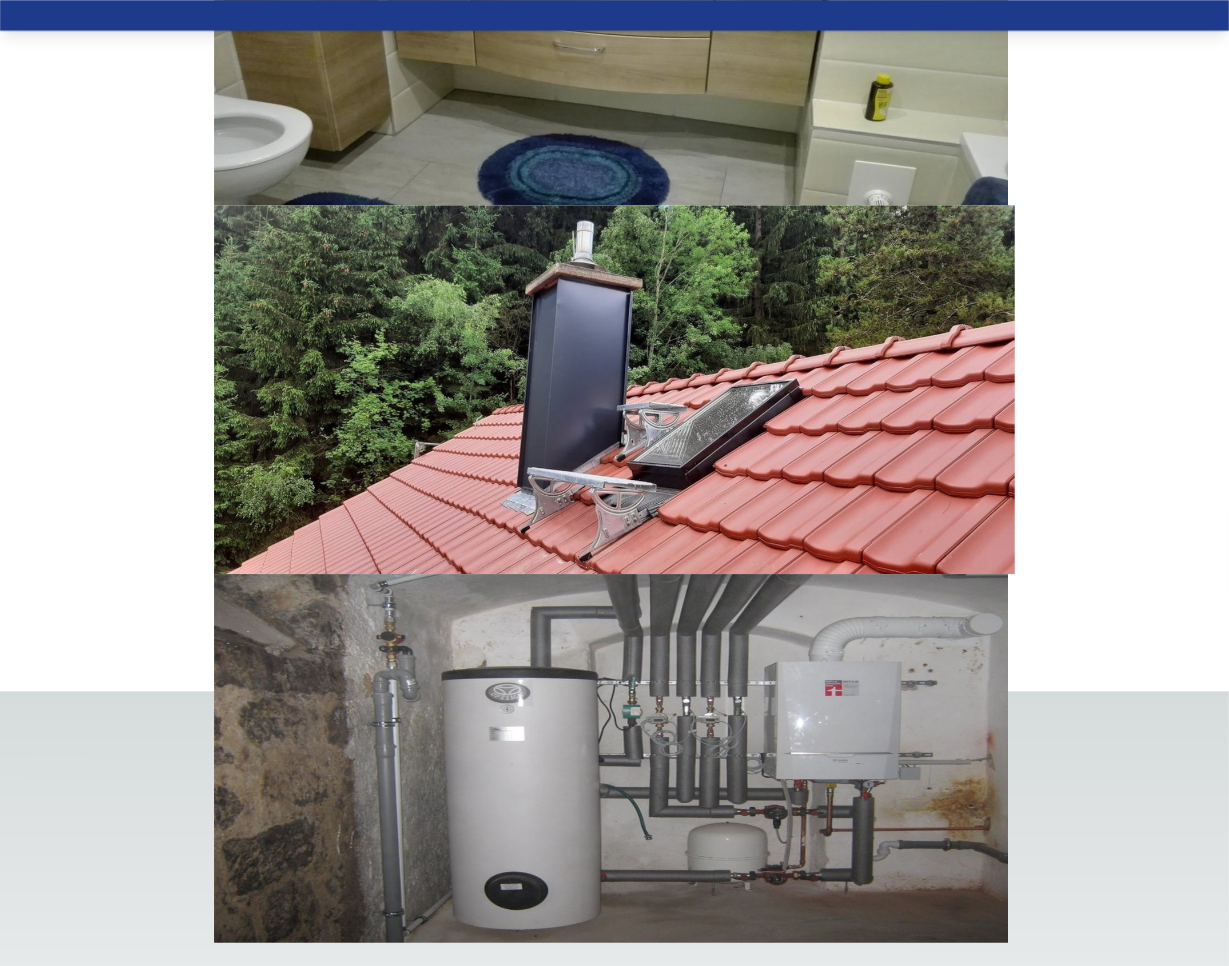
Repository: LorenMucha/firma-andreas-mucha
Page: /
The author's editor kept a copy of each file at every save. The page is drawn from the files as they stood at one save, then again after a run of saves.
The browser window is 1280 px wide. The pictures show the whole page, at 96% of full size.
The project was rebuilt for these pictures with package versions that can differ from the ones it lists, and the page was loaded fresh each time. The framework's server and built-in components were replaced by stand-ins that run in the browser. Also part of the build but not shown: next.config.mjs.

Above is the page before, as saved 2024-04-15 15:59:22.

After the next 3 saves:
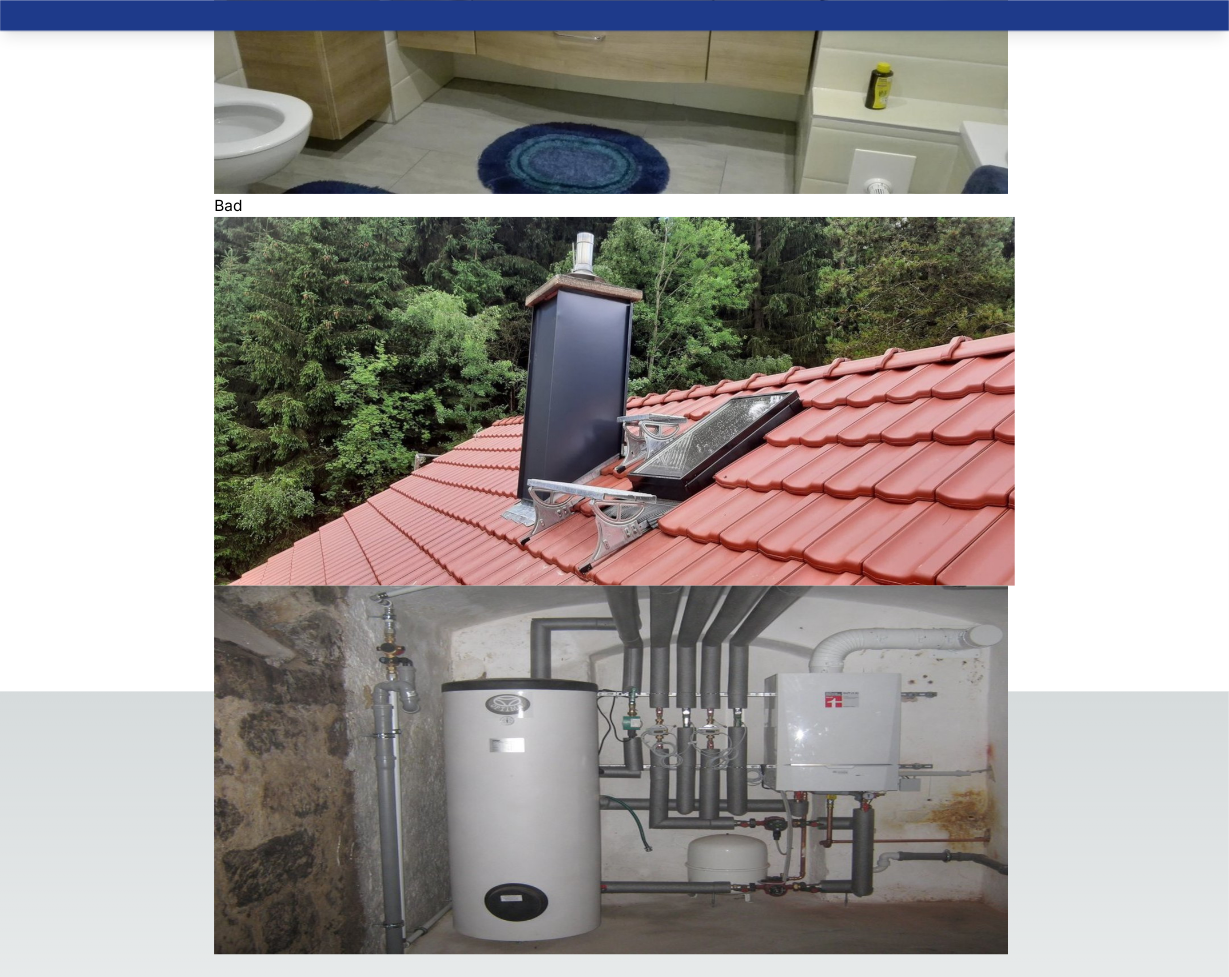
The 3 saves are shown as one change because they came seconds apart.
The last was saved 2 min 36 s later.
--- a/src/app/components/Intro.tsx
+++ b/src/app/components/Intro.tsx
@@ -7,6 +7,7 @@
             <CCarousel controls indicators>
                 <CCarouselItem>
                     <CImage className="object-cover w-100 h-96" src="/images/bad.jpg" alt="slide 1" />
+                    <div>Bad</div>
                 </CCarouselItem>
                 <CCarouselItem>
                     <CImage className="object-cover w-100 h-96" src="/images/dach.jpg" alt="slide 2" />
